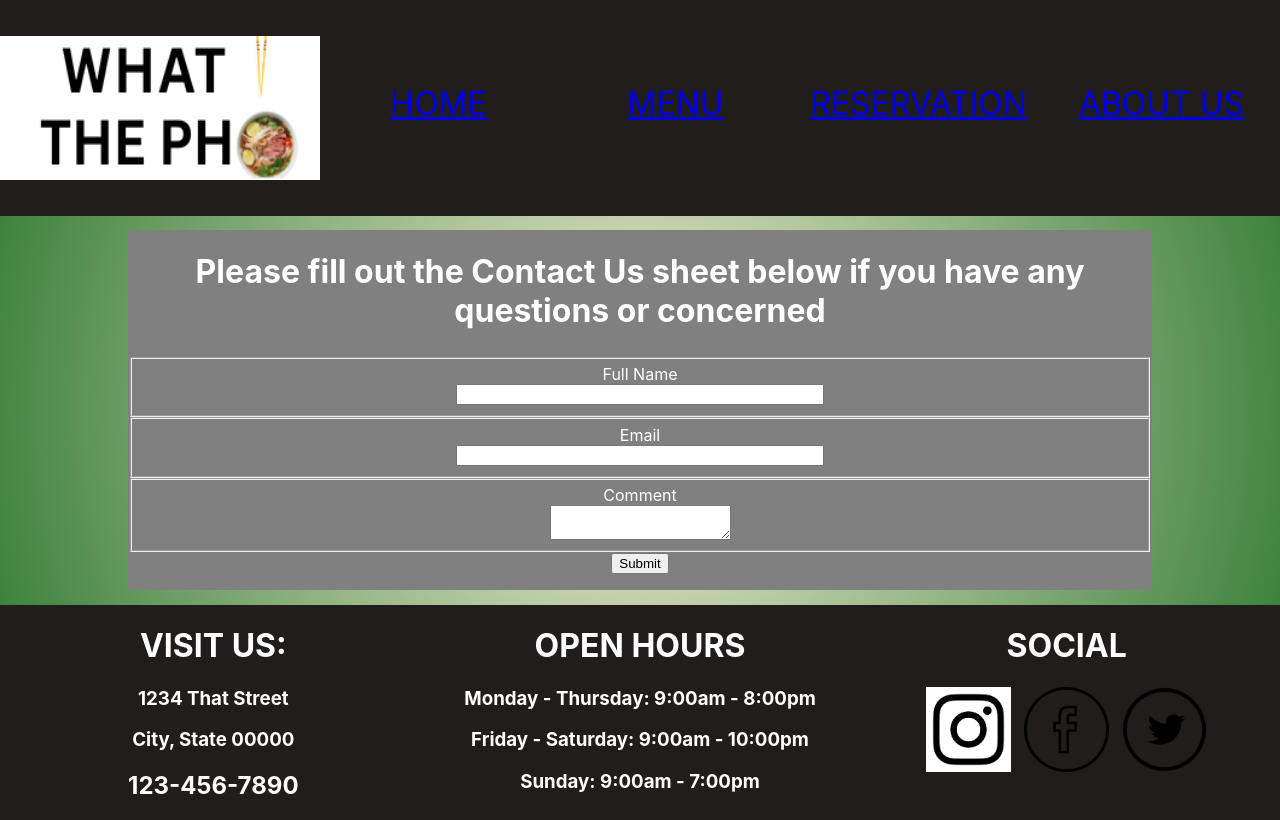
Repository: NguyenkhDang/Restaurant-Website
Page: /contactUs
An editor plug-in stored every save of this project. The page is shown before and after the next save, followed by the edit.
The browser window is 1280 px wide. The pictures show the whole page.
The project was rebuilt for these pictures with package versions that can differ from the ones it lists, and the page was loaded fresh each time. Also part of the build but not shown: src/CSS/Readmore.css, src/Readmore.js, src/CSS/SectionContainer.css, src/SectionContainer.js, src/CSS/Home.css, src/Pages/HomePage.js, src/Pages/MenuPage.js, src/CSS/ReservationForm.css and 4 more.

Above is the page before, as saved 2026-01-18 21:38:26.

After the next save:
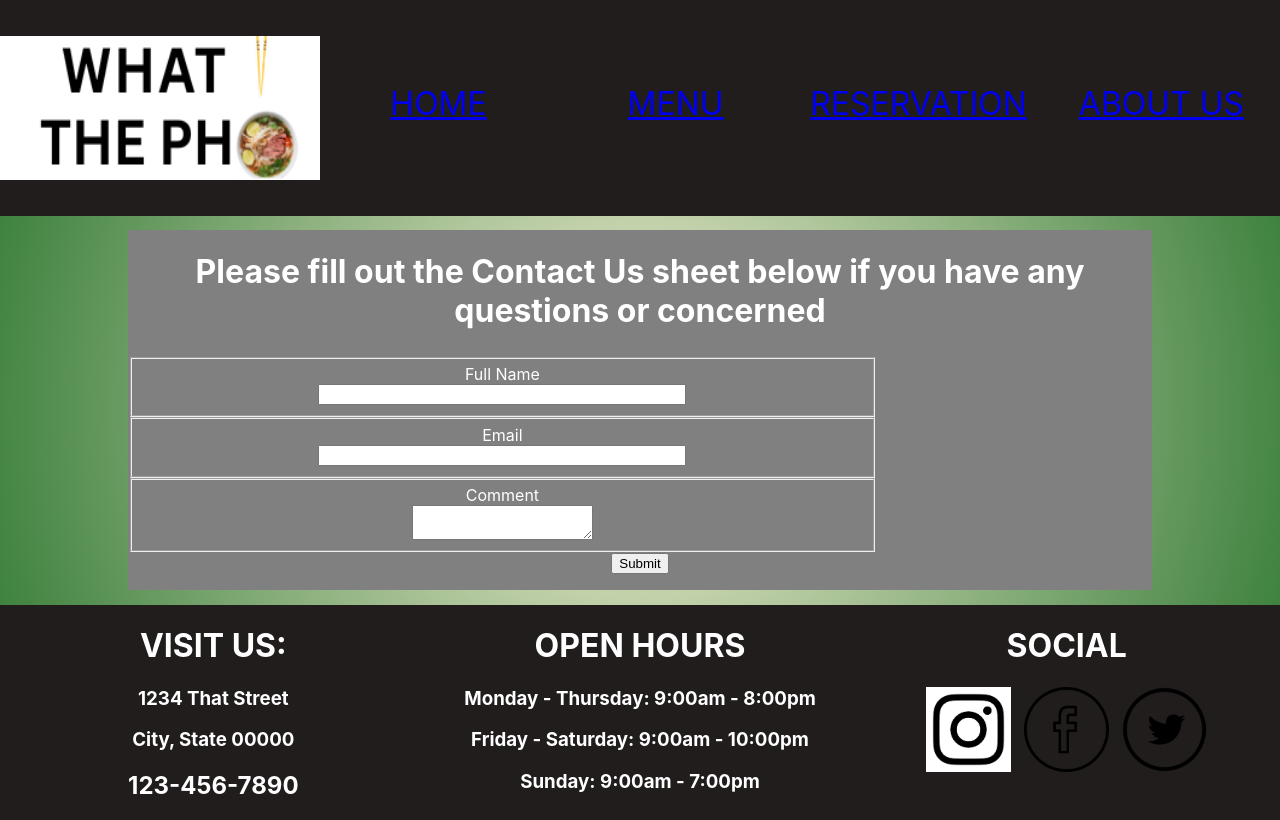
Saved 15 s later.
--- a/src/CSS/ContactUs.css
+++ b/src/CSS/ContactUs.css
@@ -10,6 +10,7 @@
   display: grid;
   grid-template-rows: repeat(2, auto);
   place-items: center;
+  width: 70%;
 }
 
 .contactUsPage fieldset input{
